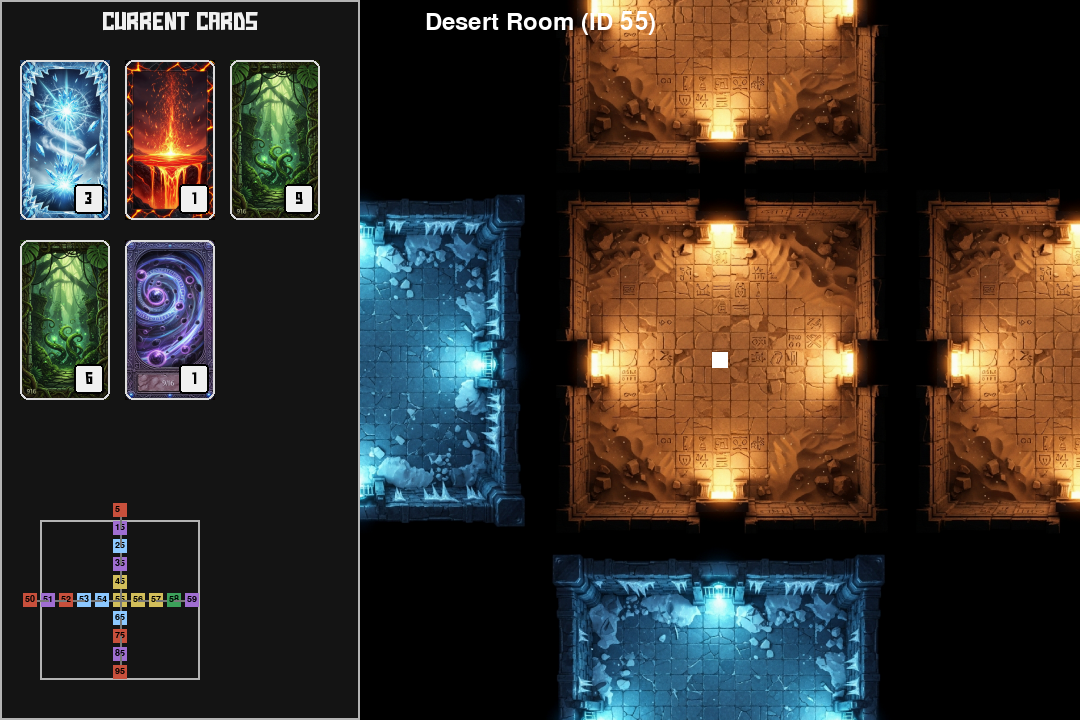
Repository: MehediMim/GateBound
Script's output: python main.py
The author's editor kept a copy of each file at every save. The script's output is drawn from the files as they stood at one save, then again after a run of saves.
The window is shown after at most 60 frames with no key pressed. Random numbers start from a fixed seed. It also reads assets/bg_arcane.png, assets/bg_desert.png, assets/bg_ice.png, assets/bg_jungle.png, assets/bg_volcanic.png, assets/card_arcane.jpeg, assets/card_desert.jpeg, assets/card_ice.jpeg, assets/card_jungle.jpeg, assets/card_volcanic.jpeg, assets/retro.ttf.

Above is the script's output before, as saved 2026-01-26 22:10:39.

After the next 2 saves:
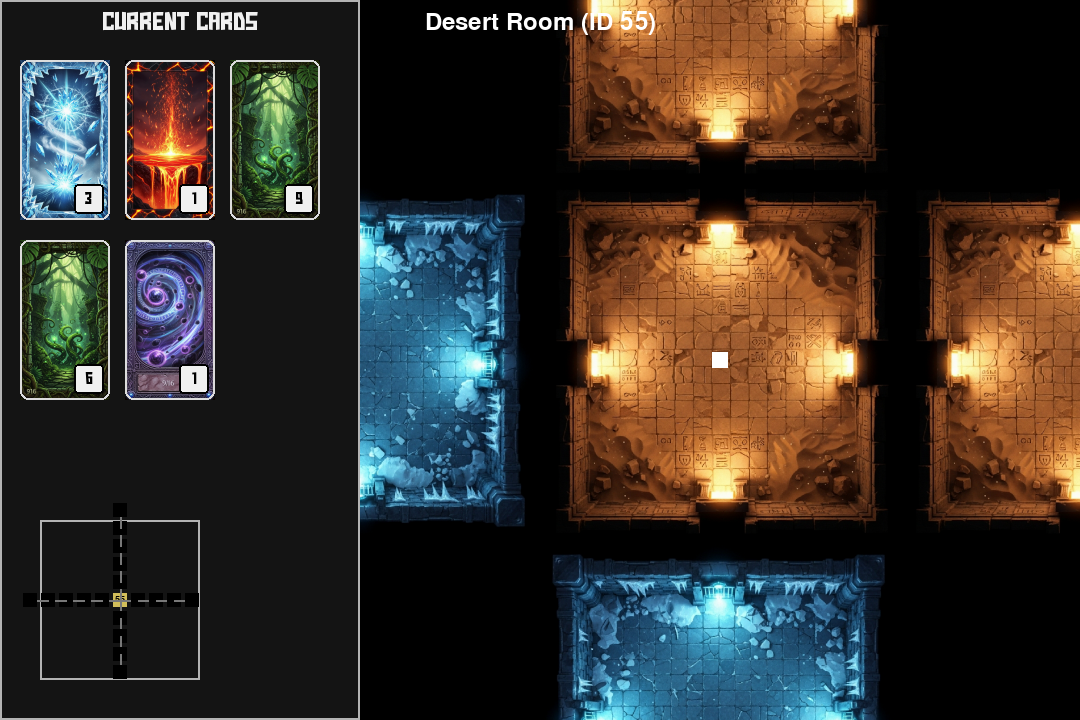
The 2 saves are shown as one change because they came seconds apart.
The last was saved 44 s later.
--- a/main.py
+++ b/main.py
@@ -671,10 +671,11 @@ def draw_minimap():
                 2
             )
 
-            if rooms[current]["open_gates"].get(d, False):
-                neighbor_color = (245, 245, 245)  # white = unlocked
+            if nxt in visited_rooms:
+                neighbor_color = ROOM_COLORS[rooms[nxt]["type"]]  # visited → real color
             else:
-                neighbor_color = ROOM_COLORS[rooms[nxt]["type"]]
+                neighbor_color = (0, 0, 0)  # not visited → black
+
 
             pygame.draw.rect(screen, neighbor_color, (cx, cy, node, node))
 
